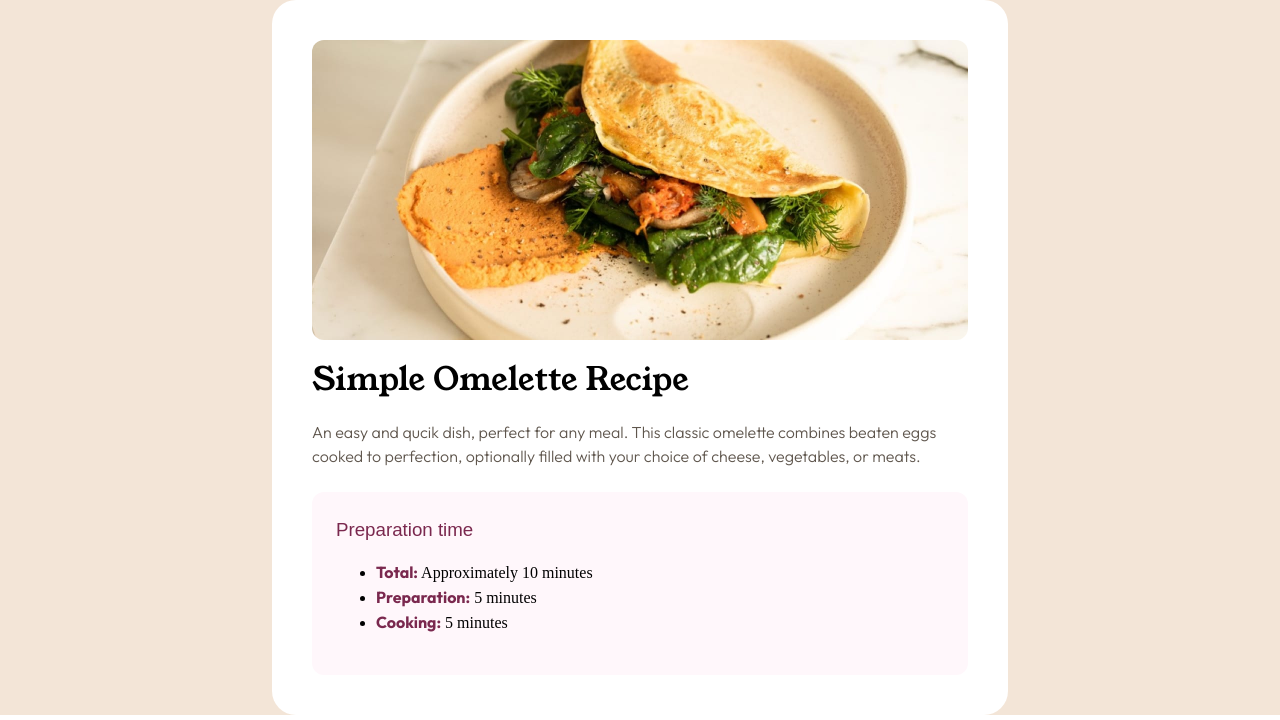
Repository: brandontaylor1/recipe-page
Page: index.html
An editor plug-in stored every save of this project. The page is shown before and after the next save, followed by the edit.
The browser window is 1280 px wide. The pictures show the whole page.

Above is the page before, as saved 2024-12-28 22:10:50.

After the next save:
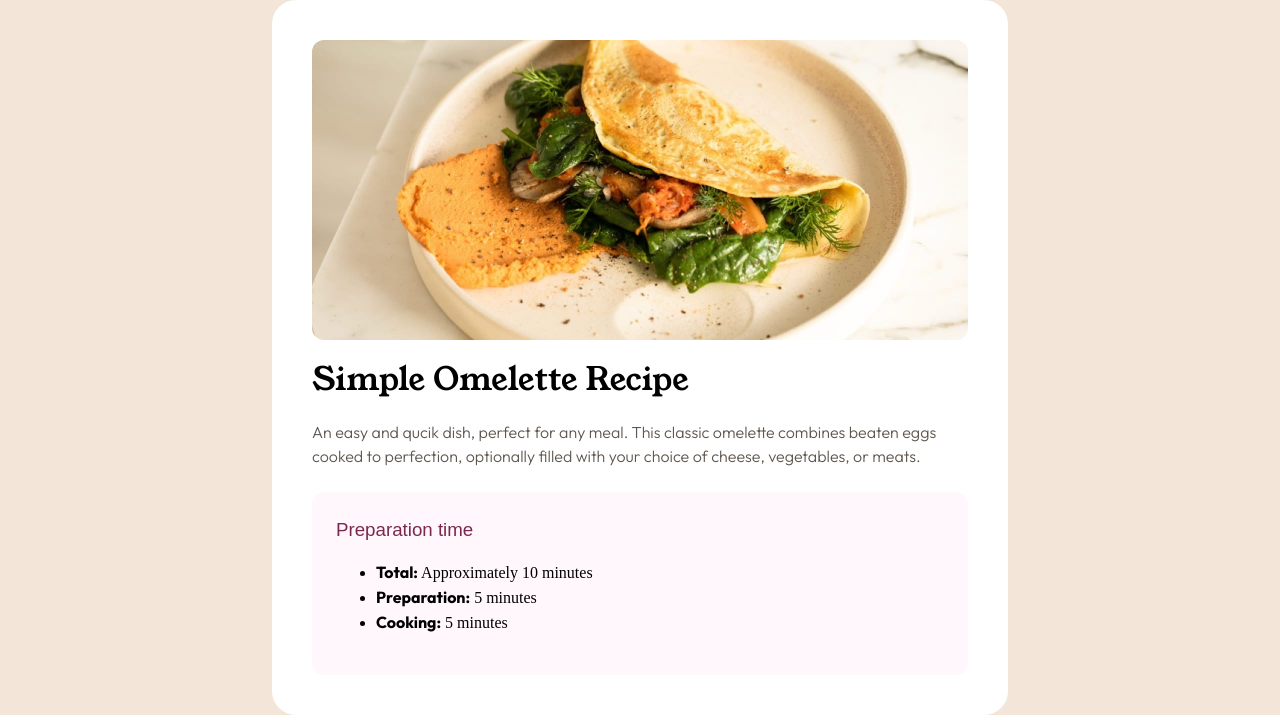
Saved 14 s later.
--- a/styles.css
+++ b/styles.css
@@ -193,5 +193,6 @@
 .preparation-time li strong {
     font-family: "Outfit", sans-serif;
     font-weight: 700;
-    color: var(--color-rose-800);
+    font-size: 16px;
+    fontweight
 }
